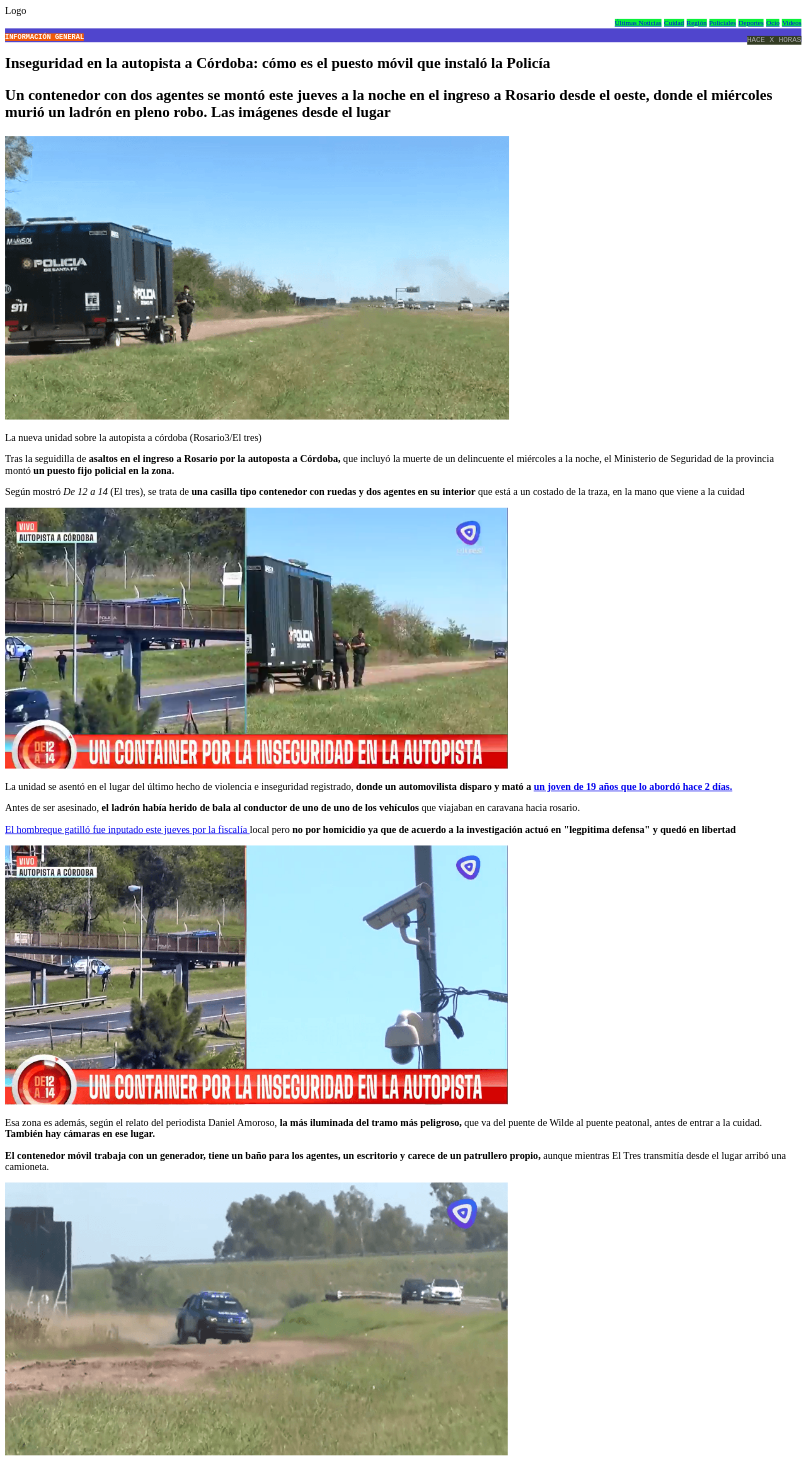
Repository: Larrowo/LPPA
Page: Clase 2/index.html
The author's editor kept a copy of each file at every save. The page is drawn from the files as they stood at one save, then again after the next save.
The browser window is 1280 px wide. The pictures show the whole page, at 63% of full size.

Above is the page before, as saved 2022-04-19 13:55:08.

After the next save:
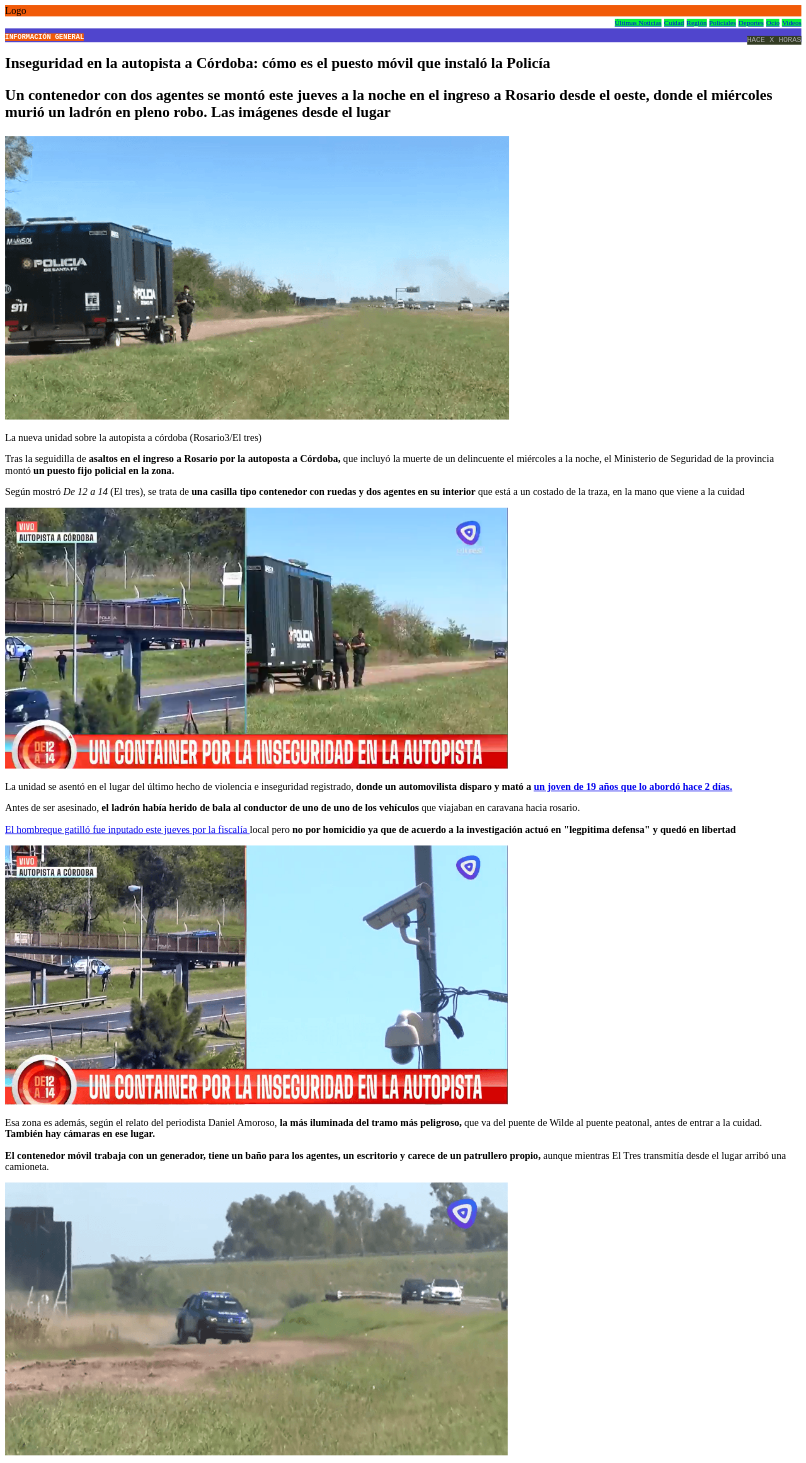
Saved 9 s later.
--- a/Clase 2/style.css
+++ b/Clase 2/style.css
@@ -27,7 +27,7 @@
     float: right;
 }
 
-.Logo{
+.logo{
     background-color: #f15a08
 }
 
